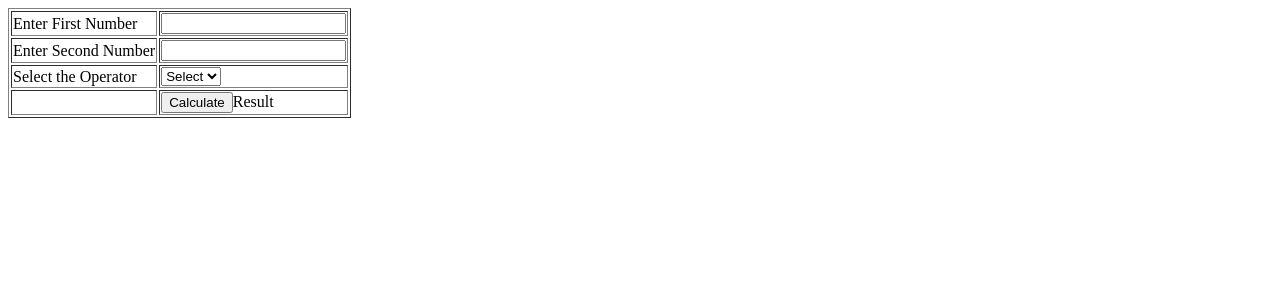
Repository: Rakshita123136/Advjavacollege
Page: http://localhost/jspexample1/calc.jsp
The author's editor kept a copy of each file at every save. The page is drawn from the files as they stood at one save, then again after the next save.
The browser window is 1280 px wide. The pictures show the whole page.
The page is served by Tomcat 9.

Above is the page before, as saved 2025-03-03 05:06:04.

### jspexample1/src/main/webapp/calc.jsp
<%@ page language="java" contentType="text/html; charset=UTF-8" pageEncoding="UTF-8"%>
<!DOCTYPE html>
<html>
<head>
<meta charset="UTF-8">
<title>JSP Page</title>
</head>
<body>
<form method="post" action="calc.jsp">
<table border="1">
<tr>
    <td>Enter First Number</td>
    <td><input type="text" name="t1"></td>
</tr>
<tr>
    <td>Enter Second Number</td>
    <td><input type="text" name="t2"></td>
</tr>
<tr>
    <td>Select the Operator</td>
    <td>
        <select name="opt">
            <option value="select">Select</option>
            <option value="+">+</option>
            <option value="-">-</option>
            <option value="*">*</option>
            <option value="/">/</option>
        </select>
    </td>
</tr>
<tr>
    <td></td>
    <td><input type="submit" value="Calculate">Result</td>
</tr>
</table>
</form>
<%
try {
    if(request.getParameter("t1") != null && request.getParameter("t2") != null) {
        int a, b;
        String c;
        a = Integer.parseInt(request.getParameter("t1"));
        b = Integer.parseInt(request.getParameter("t2"));
        c = request.getParameter("opt");

        if(c.equals("+")) {
            out.println(a + b);
        } else if(c.equals("-")) {
            out.println(a - b);
        } else if(c.equals("*")) {
            out.println(a * b);
        } else if(c.equals("/")) {
            out.println(a / b);
        }
    }
} catch(Exception ex) {
    ex.printStackTrace();
}
%>
</body>
</html>

After the next save:
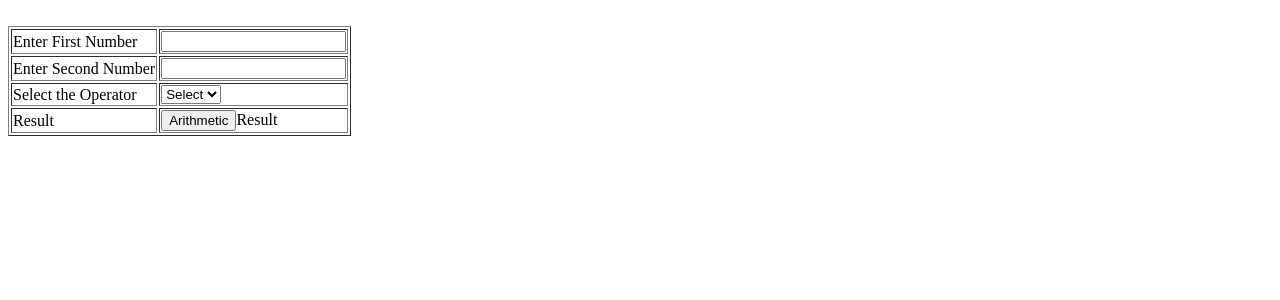
Saved 9 min 28 s later.
--- a/jspexample1/src/main/webapp/calc.jsp
+++ b/jspexample1/src/main/webapp/calc.jsp
@@ -28,9 +28,10 @@
         </select>
     </td>
 </tr>
+<br>
 <tr>
-    <td></td>
-    <td><input type="submit" value="Calculate">Result</td>
+    <td>Result</td>
+    <td><input type="submit" value="Arithmetic">Result</td>
 </tr>
 </table>
 </form>
